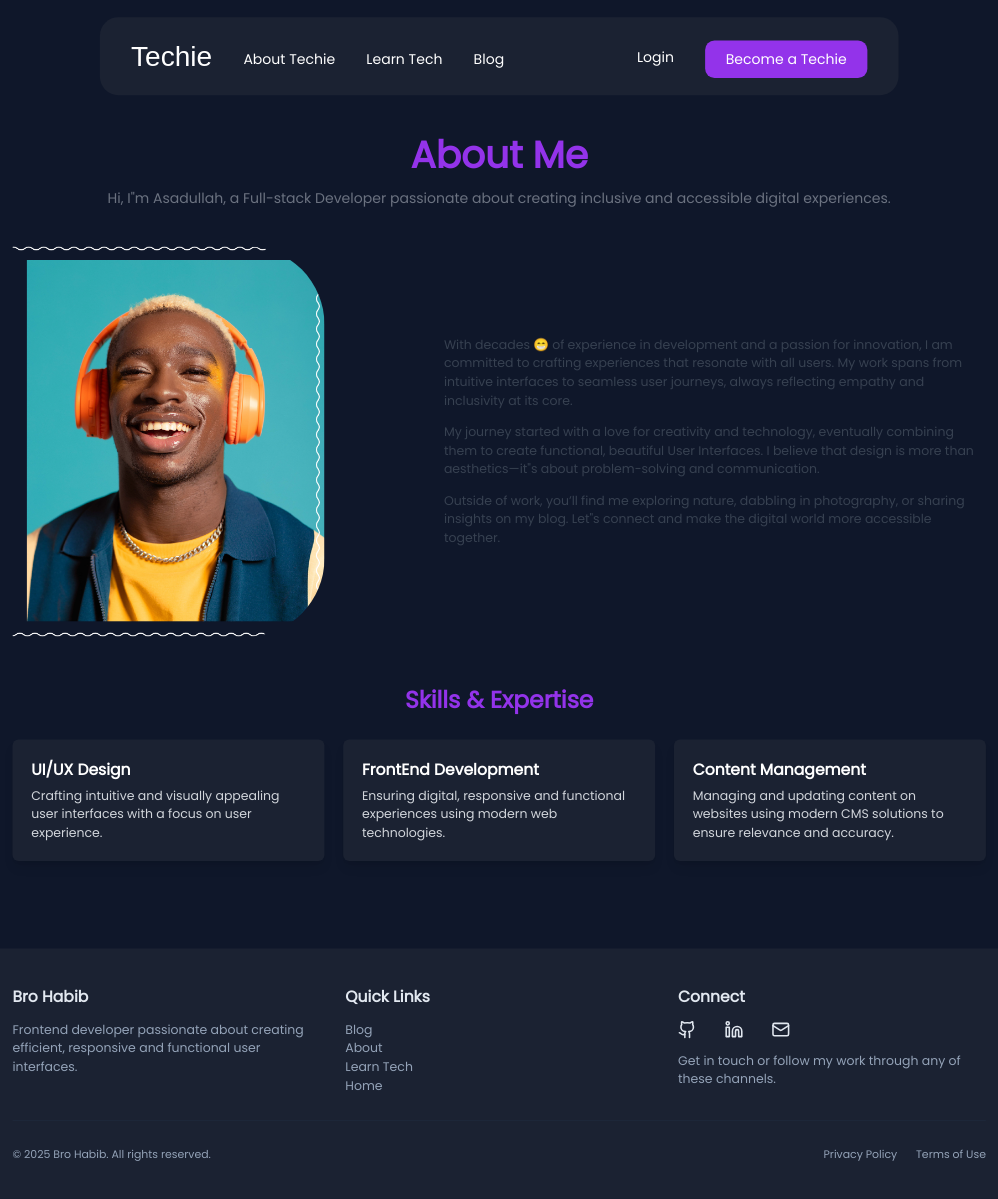
Repository: asadullah48/data-fetch
Page: /about
These files come from the project's save history. The page is drawn as it stood at one moment and after a run of saves; the edit follows.
The browser window is 1280 px wide. The pictures show the whole page, at 78% of full size.
Some web fonts or font styles are not loaded; a fallback is used. The project was rebuilt for these pictures with package versions that can differ from the ones it lists, and the page was loaded fresh each time. The framework's server and built-in components were replaced by stand-ins that run in the browser. Also part of the build but not shown: next.config.mjs.

Above is the page before, as saved 2025-01-15 12:34:26.

After the next 2 saves:
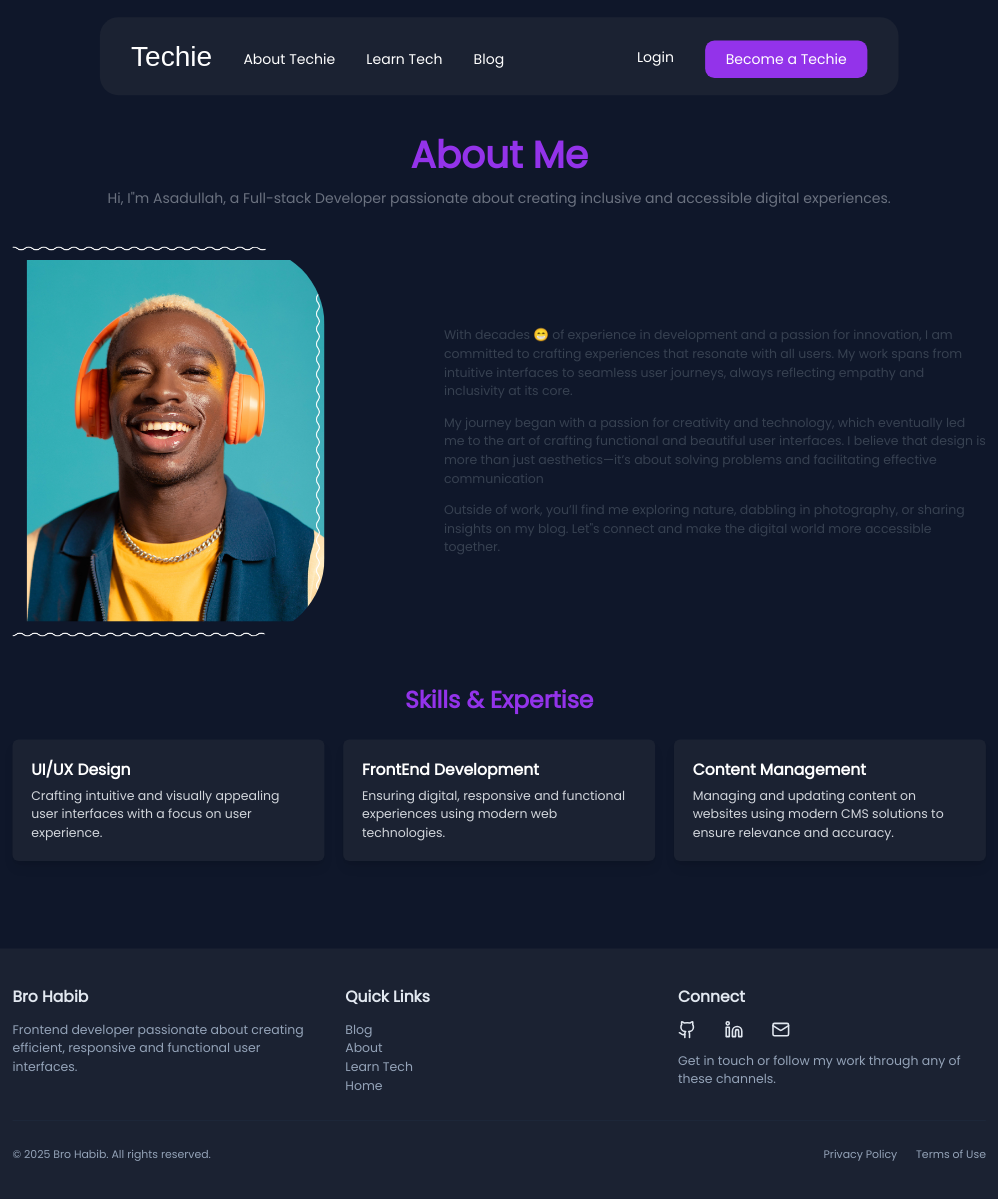
The 2 saves are shown as one change because they came seconds apart.
The last was saved 76 s later.
--- a/src/app/about/page.tsx
+++ b/src/app/about/page.tsx
@@ -35,9 +35,7 @@ export default function About() {
                         always reflecting empathy and inclusivity at its core.
                     </p>
                     <p className="text-gray-700 mb-4">
-                    My journey started with a love for creativity and technology, eventually combining them to create functional,
-                        beautiful User Interfaces. I believe that design is more than aesthetics—it&quot;s about problem-solving and
-                        communication.
+                    My journey began with a passion for creativity and technology, which eventually led me to the art of crafting functional and beautiful user interfaces. I believe that design is more than just aesthetics—it’s about solving problems and facilitating effective communication
                     </p>
                     <p className="text-gray-700">
                         Outside of work, you’ll find me exploring nature, dabbling in photography, or sharing insights on my blog.
